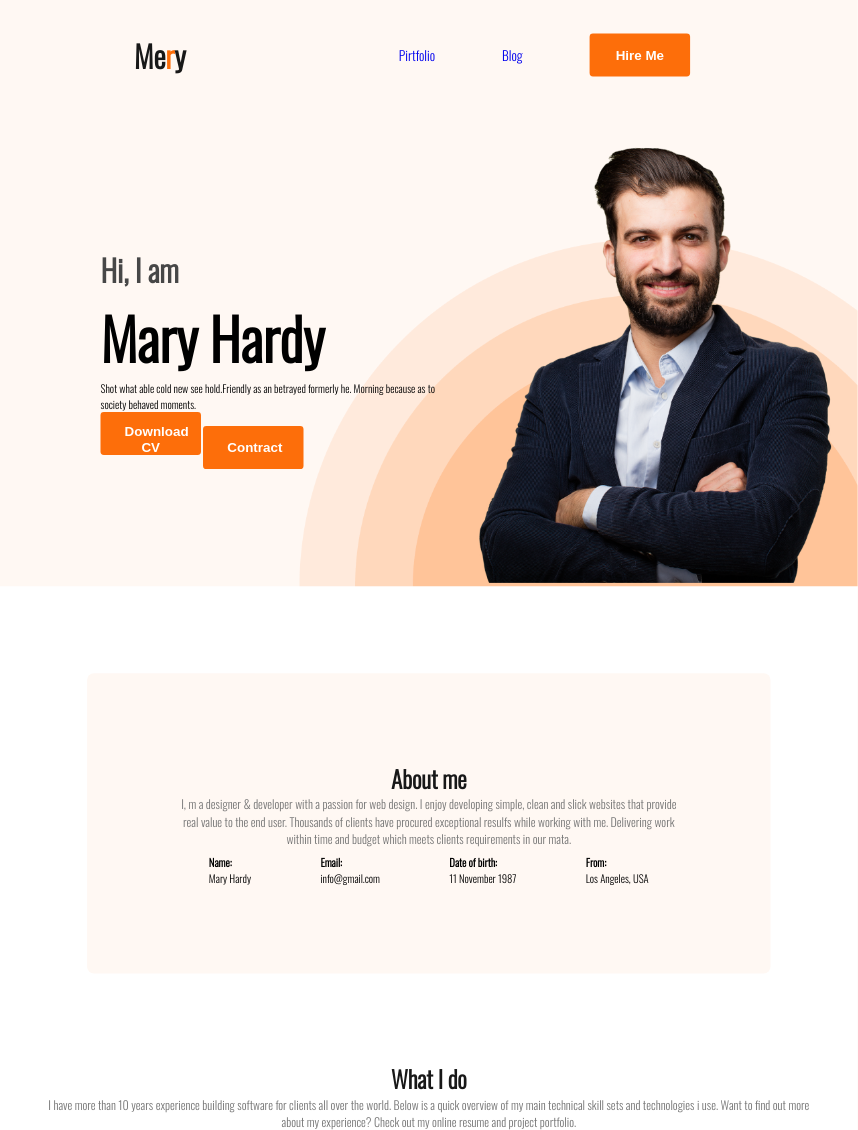
Repository: sumonkumarsarkar/my-website-personal
Page: index.html
The author's editor kept a copy of each file at every save. The page is drawn from the files as they stood at one save, then again after the next save.
The browser window is 1280 px wide. The pictures show the whole page, at 67% of full size.

Above is the page before, as saved 2024-01-06 12:55:16.

After the next save:
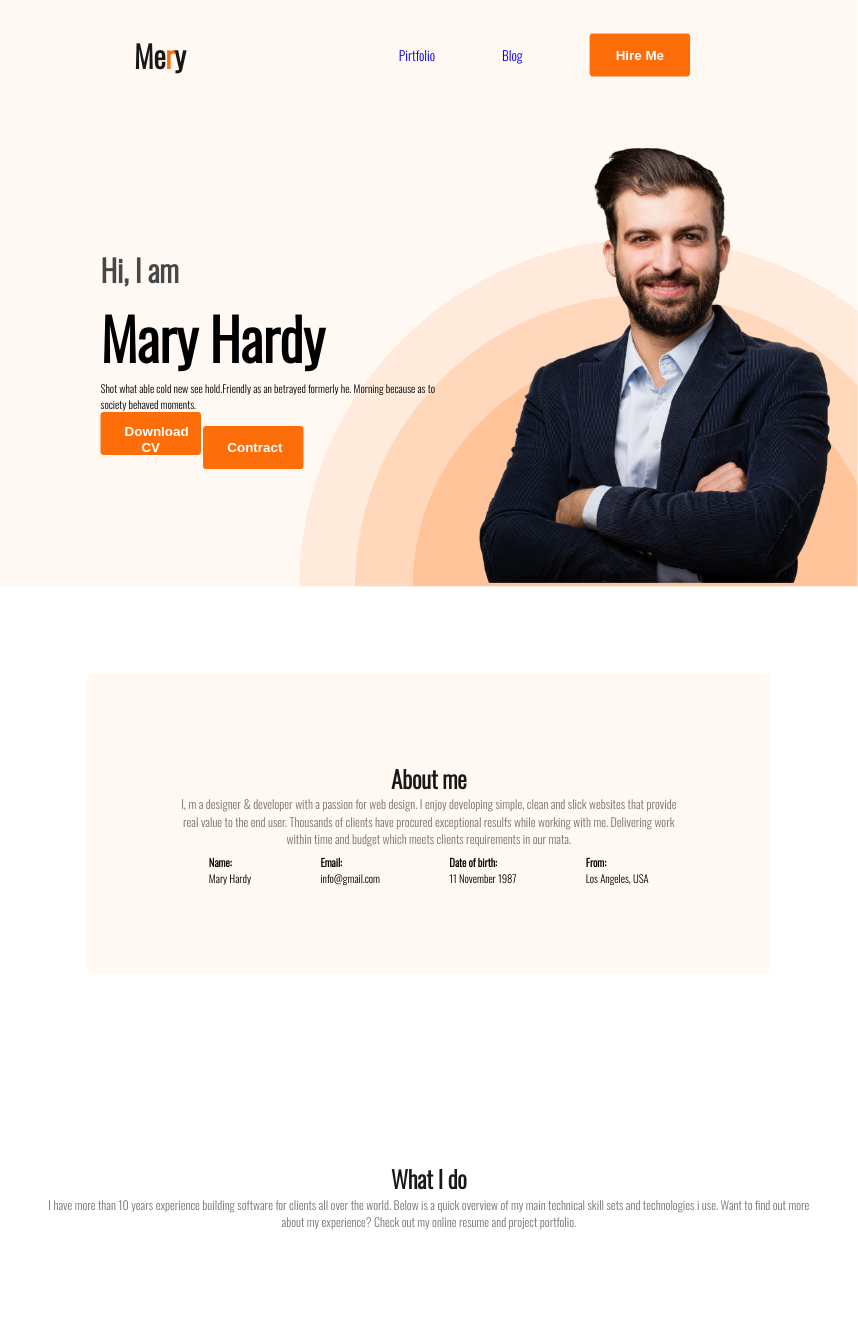
Saved 99 s later.
--- a/style.css
+++ b/style.css
@@ -117,4 +117,5 @@
 .what-section{
     max-width: 1140px;
     margin: 0 auto;
+    padding: 150px 50px;
 }

After the save that followed:
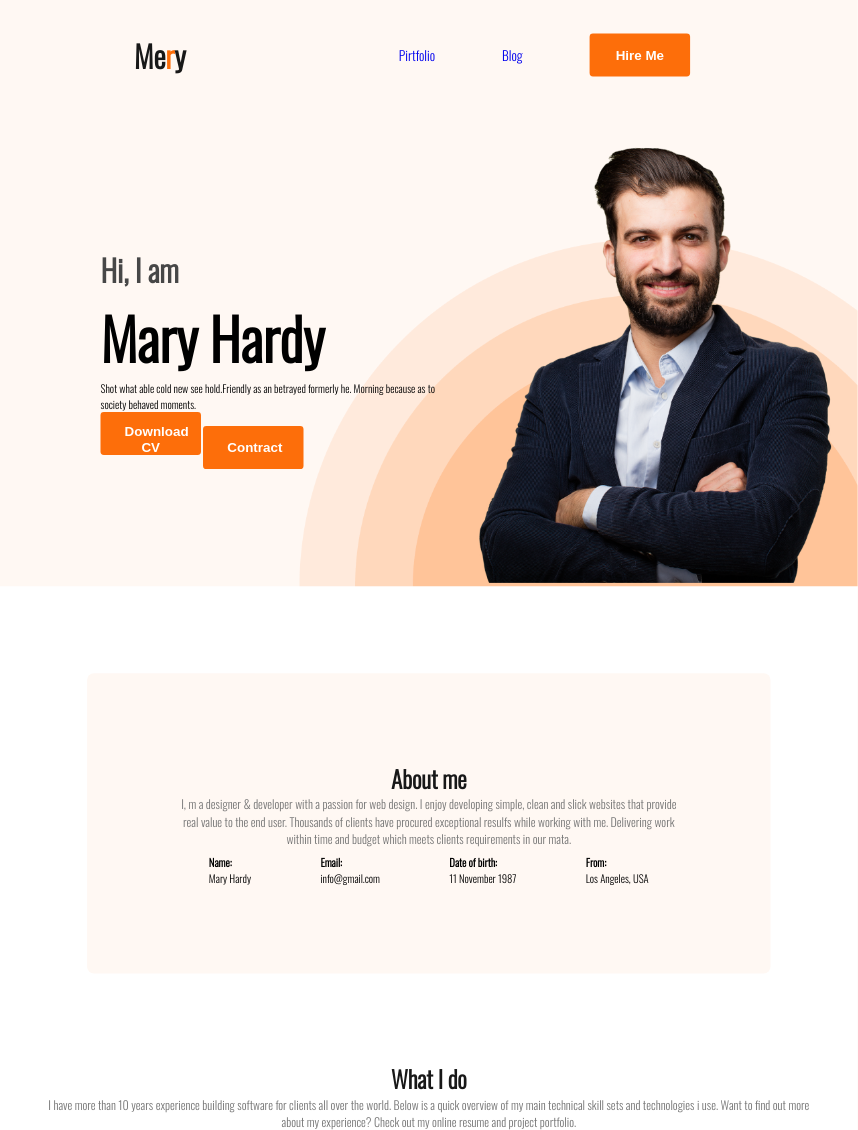
Saved 4 min 25 s later.
--- a/style.css
+++ b/style.css
@@ -112,10 +112,10 @@
     margin-top: 10px;
 }
 .about-info-container h4{
+    margin: 0 auto;
+}
 
-}
 .what-section{
     max-width: 1140px;
     margin: 0 auto;
-    padding: 150px 50px;
 }
